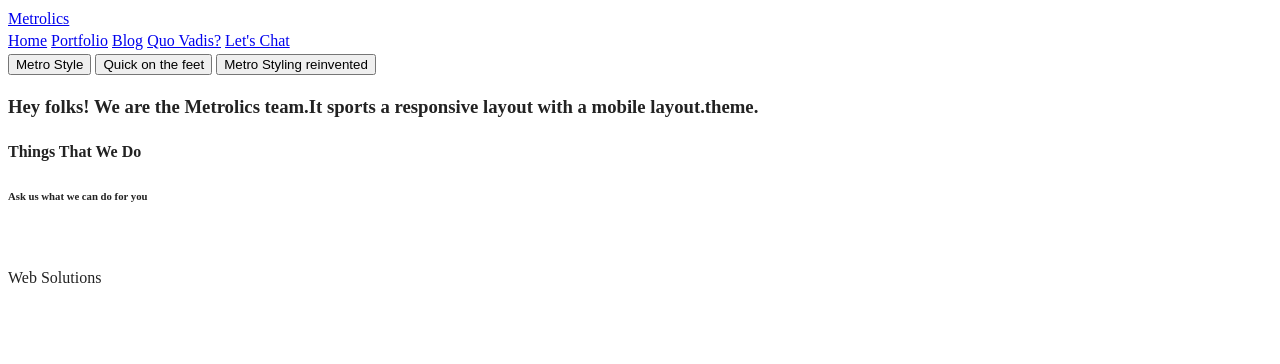
Repository: Angehyy/wk02_site
Page: index.html
The author's editor kept a copy of each file at every save. The page is drawn from the files as they stood at one save, then again after the next save.
The browser window is 1280 px wide. The pictures show the whole page.

Above is the page before, as saved 2025-01-19 19:36:05.

After the next save:
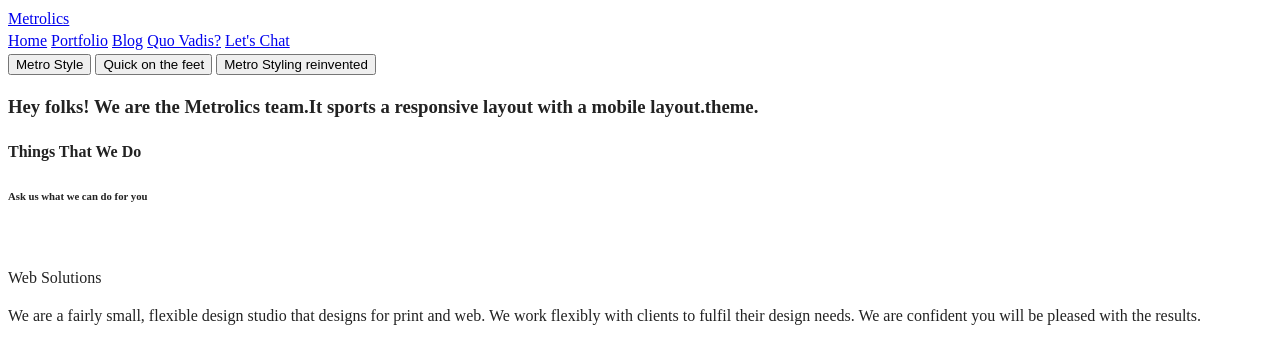
Saved 11 s later.
--- a/index.html
+++ b/index.html
@@ -55,7 +55,7 @@
       <div class="item">
         <img src="" alt="">
         <p class="">Web Solutions</p>
-        <p></p>
+        <p>We are a fairly small, flexible design studio that designs for print and web. We work flexibly with clients to fulfil their design needs. We are confident you will be pleased with the results.</p>
       </div>
     </div>
   </main>
